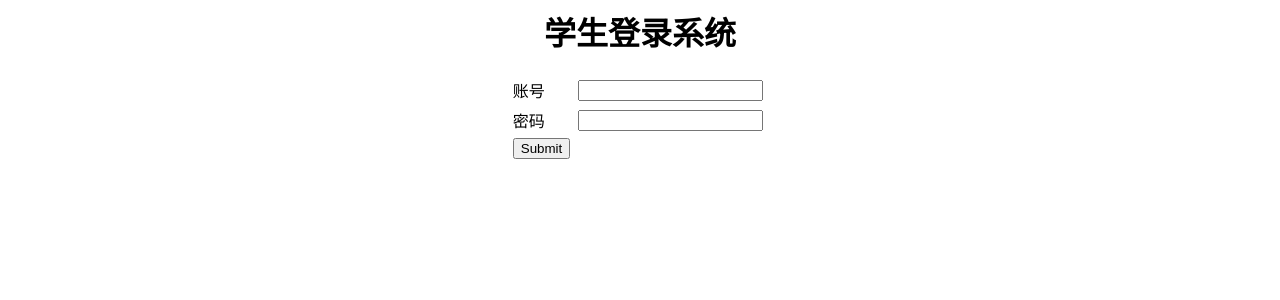
Repository: qq847261175/JavaWeb
Page: http://localhost/Student_Manager_Systerm/
The author's editor kept a copy of each file at every save. The page is drawn from the files as they stood at one save, then again after the next save.
The browser window is 1280 px wide. The pictures show the whole page.
The page is served by Tomcat 9.

Above is the page before, as saved 2016-10-28 17:24:37.

After the next save:
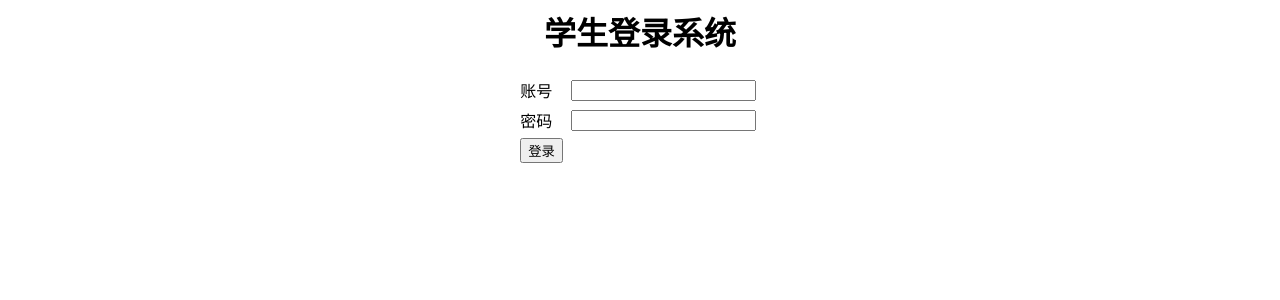
Saved 26 s later.
--- a/Student_Manager_Systerm/WebRoot/index.jsp
+++ b/Student_Manager_Systerm/WebRoot/index.jsp
@@ -25,7 +25,7 @@ String basePath = request.getScheme()+"://"+request.getServerName()+":"+request.
     <td><input type="password" name="password"/><td/>
      <tr/>
 	<tr>
-    <td><input type="submit" /><td/>
+    <td><input type="submit" value="登录"/><td/>
      <tr/>
 
     </table>
